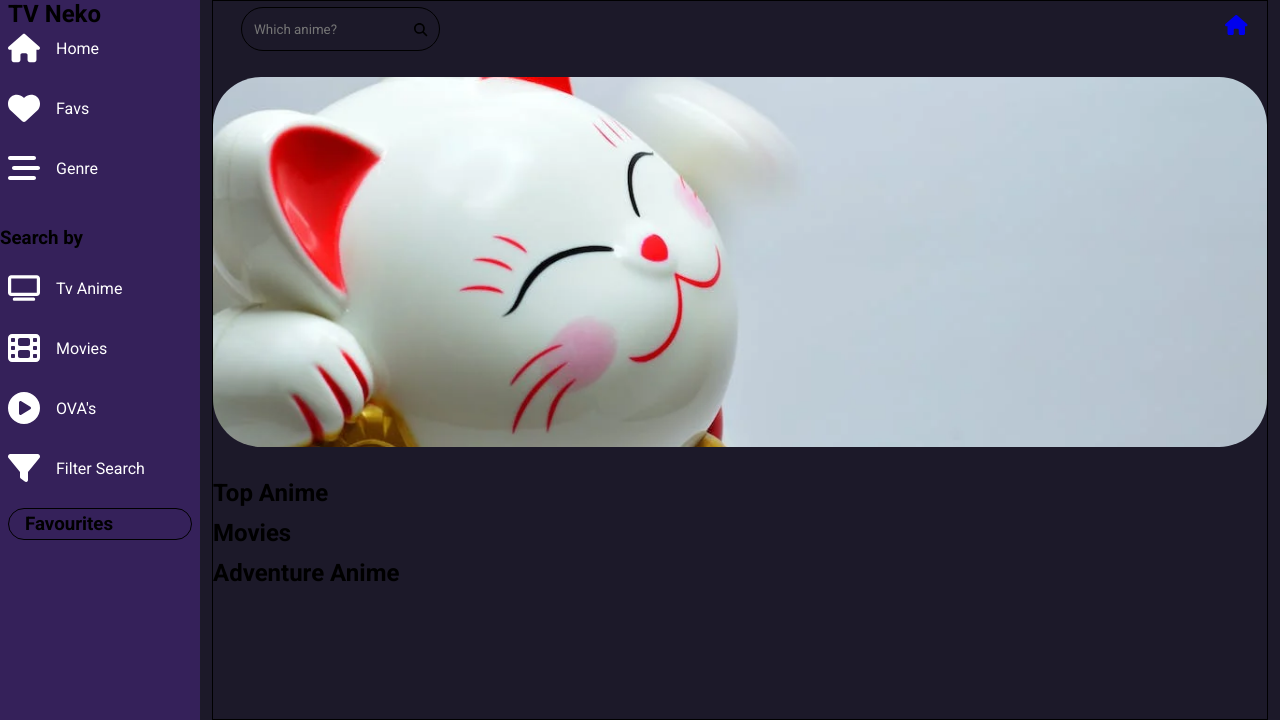
Repository: OwenMargiela/AnimeDatabse
Page: /
These files come from the project's save history. The page is drawn as it stood at one moment and after the next save; the edit follows.
The browser window is 1280 px wide. The pictures show the whole page.
The page's requests for data from a server got no answer. The project was rebuilt for these pictures with package versions that can differ from the ones it lists, and the page was loaded fresh each time. No one was signed in, and anything a server would have sent is missing. Also part of the build but not shown: src/Components/AnimeContainer.jsx, src/Pages/AnimePage/AnimePage.jsx, src/Components/Score.css, src/Components/Score.jsx, src/Components/AnimeDescription.jsx, src/Pages/AnimePage/AnimeInfo.jsx, src/Pages/AnimePage/AnimeGenre.jsx, src/Pages/FavouritesPage/Favourites.css and 7 more.

Above is the page before, as saved 2023-01-26 16:00:57.

### public/index.html
<!DOCTYPE html>
<html lang="en">
  <head>
    <meta charset="utf-8" />
    <link rel="icon" href="%PUBLIC_URL%/favicon.ico" />
    <meta name="viewport" content="width=device-width, initial-scale=1" />
    <meta name="theme-color" content="#000000" />
    <meta
      name="description"
      content="Web site created using create-react-app"
    />
    <link rel="apple-touch-icon" href="%PUBLIC_URL%/logo192.png" />
    <!--
      manifest.json provides metadata used when your web app is installed on a
      user's mobile device or desktop. See https://developers.google.com/web/fundamentals/web-app-manifest/
    -->
    <link rel="manifest" href="%PUBLIC_URL%/manifest.json" />
    <!--
      Notice the use of %PUBLIC_URL% in the tags above.
      It will be replaced with the URL of the `public` folder during the build.
      Only files inside the `public` folder can be referenced from the HTML.

      Unlike "/favicon.ico" or "favicon.ico", "%PUBLIC_URL%/favicon.ico" will
      work correctly both with client-side routing and a non-root public URL.
      Learn how to configure a non-root public URL by running `npm run build`.
    -->
    <title>TV Neko</title>
  </head>
  <body>
    <noscript>You need to enable JavaScript to run this app.</noscript>
    <div id="root"></div>
    <!--
      This HTML file is a template.
      If you open it directly in the browser, you will see an empty page.

      You can add webfonts, meta tags, or analytics to this file.
      The build step will place the bundled scripts into the <body> tag.

      To begin the development, run `npm start` or `yarn start`.
      To create a production bundle, use `npm run build` or `yarn build`.
    -->
  </body>
</html>

### src/index.js
import React from 'react';
import ReactDOM from 'react-dom/client';
import './index.css';
import App from './App';
import reportWebVitals from './reportWebVitals';
import { library } from '@fortawesome/fontawesome-svg-core';
import { faSearch,faStarHalfAlt,faStar,faHouse,faTv,faFilm,faBarsStaggered, faCirclePlay,faHeart,faCalendarDays,faX,faFilter,faArrowRight,faBars} from '@fortawesome/free-solid-svg-icons';

library.add(faSearch,faStarHalfAlt,faStar,faHouse,faTv,faFilm,faBarsStaggered, faCirclePlay,faHeart,faCalendarDays,faX,faFilter,faArrowRight,faBars)
const root = ReactDOM.createRoot(document.getElementById('root'));
root.render(
    <App />
);

// If you want to start measuring performance in your app, pass a function
// to log results (for example: reportWebVitals(console.log))
// or send to an analytics endpoint. Learn more: https://bit.ly/CRA-vitals
reportWebVitals();

### src/index.css
@import url('https://fonts.googleapis.com/css2?family=Roboto:ital,wght@0,100;0,400;0,500;0,700;0,900;1,100;1,700&display=swap');
*{
  margin: 0;
  padding: 0;
  box-sizing: border-box;
  font-family: 'Roboto',sans-serif;
}

### src/App.js
import { BrowserRouter as Router, Routes, Route, Link } from "react-router-dom";
import "./App.css";

import Home from "./Pages/HomePage/Home";
import AnimePage from "./Pages/AnimePage/AnimePage.jsx";
import AnimeInfo from "./Pages/AnimePage/AnimeInfo";
import { useEffect, useState } from "react";
import axios from "axios";
import { FontAwesomeIcon } from "@fortawesome/react-fontawesome";
import AnimeGenre from "./Pages/AnimePage/AnimeGenre";
import Favourites from "./Pages/FavouritesPage/Favourites";
import Sidebar from "./Components/Sidebar";
import Movies from "./Pages/AnimePage/Movies";

import OVA from "./Pages/AnimePage/OVA";
import TvAnime from "./Pages/AnimePage/TvAnime";
import FilterSearch from "./Pages/AnimePage/FilterSearch";

function App() {
  const [animes, setAnimes] = useState();
  const [valueSearch, setValueSearch] = useState();
  const [favourites, setFavourites] = useState([]);
  const [genres, setGenre] = useState([]);

  function sendToFavourites(info) {
    setFavourites([...favourites, info]);
  }

  function removeFromFavourites(anime) {
    setFavourites(
      favourites.filter((favourite) => favourite.mal_id !== anime.mal_id)
    );
    console.log(favourites);
  }

  async function fetchAnime(valueSearch) {
    if (valueSearch) {
      const { data } = await axios.get(
        `https://api.jikan.moe/v4/anime?q=${valueSearch}&sfw`
      );
      setAnimes(data.data);
    }
  }

  useEffect(()=>{
    async function getGenre(){
      const {data} = await axios.get(`https://api.jikan.moe/v4/genres/anime`)
      setGenre(data.data)
    }
    getGenre()
    setTimeout(()=>{
      console.log(genres)
    },300)
  },[])

  console.log(animes)

  function fetchBySearch() {
    fetchAnime(valueSearch);
  }
  return (
    <Router>
      <div className="App">
        <div className="sidebar">
          <Sidebar genres={genres} favourites={favourites}></Sidebar>
        </div>
        <div className="main">
          <nav className="nav">
            <div className="bars__icon" >
          <FontAwesomeIcon icon="fa-solid fa-bars" />

            </div>
            <form>
              <div className="search__container">
                <input
                  placeholder="Which anime?"
                  onKey
                  type="text"
                  value={valueSearch}
                  onChange={(event) => setValueSearch(event.target.value)}
                />
                <Link to="/anime">
                  <button type="submit" onClick={() => fetchBySearch()}>
                    <FontAwesomeIcon icon="fa-search"></FontAwesomeIcon>
                  </button>
                </Link>
              </div>
            </form>
            <div className="home__icon">
              <Link to="/">
                <FontAwesomeIcon icon="fa-house"></FontAwesomeIcon>
              </Link>
            </div>
          </nav>

          <Routes>
            <Route path="/" element={<Home></Home>}></Route>
            <Route
              path="/favourites"
              element={
                <Favourites
                  removeFromFavourites={removeFromFavourites}
                  favourites={favourites}
                ></Favourites>
              }
            ></Route>
            <Route
              path="/anime"
              element={<AnimePage animes={animes}></AnimePage>}
            ></Route>
            <Route
              path=":id/:id"
              element={
                <AnimeInfo
                  favourites={favourites}
                  sendToFavourites={sendToFavourites}
                  animes={animes}
                ></AnimeInfo>
              }
            ></Route>
            <Route path="/:id" element={<AnimeGenre></AnimeGenre>}></Route>
            <Route path="/TV" element={<TvAnime></TvAnime>}></Route>
            <Route path="/Movies" element={<Movies></Movies>}></Route>
            <Route path="/Ova's" element={<OVA></OVA>}></Route>
            <Route path="/filter" element={<FilterSearch genres={genres} ></FilterSearch>}></Route>
          </Routes>
        </div>
      </div>
    </Router>
  );
}

export default App;

### src/App.css
::-webkit-scrollbar {
  display: none;
}

.App {
  display: flex;
  justify-content: space-between;
  height: 100vh;
  min-height: 500px;
  width: 100%;
  background-color: rgb(28, 25, 41);
  /* overflow-y: hidden; */
}
a{
  text-decoration: none;
}

li{
  list-style-type: none;
  color: white;
}

nav {
  position: sticky;
  top: 0;
  display: flex;
  align-items: center;
  justify-content: space-between;
  margin-bottom: 1.75rem;
  padding: 0.75em 1.25em;
  width: 100%;
  height: 3em;
}


.main {
  margin: 0 0.75em ;
  border: 1px solid black;
  overflow-y: scroll;
  width: 100%;
}


.sidebar {
  max-width: 250px;
  min-width: 200px;
  border: 1px solid black;
  background-color: rgb(28, 14, 54);
}

.landinImageContainer {
  width: 100%;
  height: 370px;
  margin: 0 auto;
}

.landinImageContainer img {
  height: 100%;
  border-radius: 3rem;
  width: 100%;
  object-fit: cover;
}

.home__icon,
.bars__icon {
  font-size: 1.25rem;
}

.bars__icon {
  display: none;
}

.home__icon {
  margin-left: 0.8rem;
}

.search__container {
  display: flex;
  align-items: center;
  justify-content: center;
  width: 100%;
  margin-top: 0.5em;
  margin-left: 0.5em;
  height: 2.75em;
  padding: 0 0.75em;
  border-radius: 2rem;
  border: 1px solid black;
}

.search__container input {
  width: 100%;
  border: none;
  outline: none;
  background: none;
}

.search__container button {
  background-color: transparent;
  border: none;
  color: none;
  cursor: pointer;
}

.anime__wrapper--container{
  display: flex;
  flex-direction: column;
  margin-bottom: -100px;
  justify-content: space-between;
}
.anime__wrapper--container--genre{
  display: flex;
  flex-wrap: wrap;
  margin-bottom: -100px;
  justify-content: space-evenly;
}


.anime__container{
  display: flex;
  flex-direction: column;
  align-items: center;
  flex-grow: 1;
  justify-content: space-between;
  margin-right: 0.5em;

}

.anime__image{
  border: 1px solid black;
  border-radius: 1em;
  min-width: 14rem;
  margin-bottom: 1rem;

}

.pagination{
  margin-top: 6rem;
  margin-bottom: 6rem;
}


/* .anime__image{
  border: 1px solid black;
  height: 100%;
  width: 100%;
  object-fit: cover;
  flex-grow: 1;
  margin-right: 1.25em;
  margin-bottom: 1.25em;
} */
.mainBody{
  margin: 2em 0;
  /* border: 1px solid black; */
}

@media screen and (max-width: 700px) {
  .sidebar {
    display: none;
  }
  .bars__icon {
    display: block;
  }
}
@media screen and (min-width: 480px) {
  .anime__wrapper{
    display: flex;
    flex-wrap: wrap;
    justify-content: space-between;
    margin-bottom: 7rem;

  }
  .anime__image{
    max-height: 300px;
  }
}
@media screen and (max-width: 480px) {
  .anime__wrapper{
    display: flex;
    flex-direction: column;
    align-items: center;

  }
  .anime__image{
    height: 400px;
  }
  nav{
    justify-content: center;
  }
}

### src/Pages/HomePage/Home.jsx
import React, { useEffect, useState } from "react";
import neko from "./assets/neko.webp";
import axios from "axios";
import AnimeContainer from "../../Components/AnimeContainer";
import { Link } from "react-router-dom";
function Home() {
  const [top, setTop] = useState();
  const [movies, setMovies] = useState();
  const [adventure, setAdventure] = useState();

  useEffect(() => {
    async function getFrontPage() {
      const { data: top } = await axios.get(
        "https://api.jikan.moe/v4/top/anime"
      );
      setTop(top.data.slice(0, 12));

      const { data: movie } = await axios.get(
        "https://api.jikan.moe/v4/anime?type=movie"
      );
      setMovies(movie.data.slice(0, 6));

      const { data: adventure } = await axios.get(
        "https://api.jikan.moe/v4/anime?genres=2&order_by=score&sort=desc"
      );
      setAdventure(adventure.data.slice(0, 6));
    }
    getFrontPage();
  }, []);

  return (
    <div className="Home">
      <div className="landinImageContainer">
        <img src={neko} alt="" />
      </div>
      <div className="mainBody">
        <div className="anime__wrapper--container">
          <h2>Top Anime</h2>
          <div className="anime__wrapper">
            {top?.slice(0, 6).map((anime) => (
              <Link to={`anime/${anime.mal_id}`}>
                <AnimeContainer anime={anime}></AnimeContainer>
              </Link>
            ))}
          </div>
        </div>

        <div className="anime__wrapper--container">
          <h2>Movies</h2>
          <div className="anime__wrapper">
            {movies?.map((anime) => (
              <Link to={`anime/${anime.mal_id}`}>
                <AnimeContainer anime={anime}></AnimeContainer>
              </Link>
            ))}
          </div>
        </div>

        <div className="anime__wrapper--container">
          <h2>Adventure Anime</h2>
          <div className="anime__wrapper">
            {adventure?.map((anime) => (
              <Link to={`anime/${anime.mal_id}`}>
                <AnimeContainer anime={anime}></AnimeContainer>
              </Link>
            ))}
          </div>
        </div>
      </div>
    </div>
  );
}

export default Home;

### src/Components/Sidebar.jsx
import { FontAwesomeIcon } from "@fortawesome/react-fontawesome";
import React from "react";
import "./Sidebar.css";
import { Link } from "react-router-dom";
import { useState } from "react";

function Sidebar({ favourites, genres }) {
  const [genreToggle, setGenreToggle] = useState(false);
  function toggleGenre() {
    genreToggle === false ? setGenreToggle(true) : setGenreToggle(false);
  }

  return (
    <>
      <div className="sidebar">
        <div className="sidebar__head">
          <h2>TV Neko</h2>
        </div>
        <ul className="sidebar__list">
          <Link to="/">
            <li className="sidebar__list--item">
              <FontAwesomeIcon
                className="sidebar__list--item-icon"
                icon="fa-solid fa-house"
              ></FontAwesomeIcon>
              <p>Home</p>
            </li>
          </Link>

          <Link to="/favourites">
            <li className="sidebar__list--item">
              <FontAwesomeIcon
                className="sidebar__list--item-icon"
                icon="fa-solid fa-heart"
              ></FontAwesomeIcon>
              {favourites.length > 0 && <span>{favourites.length}</span>}
              <p>Favs</p>
            </li>
          </Link>
          <li
            onClick={() => toggleGenre()}
            className="sidebar__list--item sidebar__list--item-genre"
          >
            <div className="icon__para">
              <FontAwesomeIcon
                className="sidebar__list--item-icon"
                icon="fa-solid fa-bars-staggered"
              />
              <p>Genre</p>
            </div>
            <li className="genres">
              <div className={`${genreToggle} || Sidebar__genres`}>
                {genres
                  ?.filter(
                    (genres) =>
                      genres.mal_id !== 28 &&
                      genres.mal_id !== 26 &&
                      genres.mal_id !== 9
                  )
                  .slice(0, 8)
                  .map((genre) => (
                    <Link to={`/${genre.mal_id}`}>
                      <div className="sidebar__genre">
                        <p>{genre.name}</p>
                      </div>
                    </Link>
                  ))}
                  <Link to="/filter" >
                <p className="view__all-btn">
                  view all{" "}
                  <FontAwesomeIcon icon="fa-solid fa-arrow-right"></FontAwesomeIcon>
                </p>
                  </Link>
              </div>
            </li>
          </li>

          <br />
          <h3>
            Search by
          </h3>
          <br />
          <Link to="/TV">
            <li className="sidebar__list--item">
              <FontAwesomeIcon
                className="sidebar__list--item-icon"
                icon="fa-solid fa-tv"
              />
              <p>Tv Anime</p>
            </li>
          </Link>
          <Link to="/Movies">
            <li className="sidebar__list--item">
              <FontAwesomeIcon
                className="sidebar__list--item-icon"
                icon="fa-solid fa-film"
              />
              <p>Movies</p>
            </li>
          </Link>
          <Link to="/Ova's">
            <li className="sidebar__list--item">
              <FontAwesomeIcon
                className="sidebar__list--item-icon"
                icon="fa-solid fa-circle-play"
              />
              <p>OVA's</p>
            </li>
          </Link>
          <Link to="/filter">
            <li className="sidebar__list--item">
              <FontAwesomeIcon
                className="sidebar__list--item-icon"
                icon="fa-solid fa-filter"
              />
              <p>Filter Search</p>
            </li>
          </Link>
        </ul>

        <div className="Favourite">
          <h3>Favourites</h3>
          <ul className="favourites__list">
            {favourites?.slice(0, 5).map((anime) => (
              <Link to={`/favourites`}>
                <li className="favourites__list--item" key={anime.mal_id}>
                  {anime.title}
                </li>
              </Link>
            ))}
          </ul>
        </div>
      </div>
    </>
  );
}

export default Sidebar;

### src/Components/Sidebar.css
li{
    list-style-type: none;
}

.sidebar{
    border: none;
    background-color: rgb(53, 33, 90);
    padding-bottom: 200px;
    overflow-y: hidden;
}
.sidebar__head{
    display: flex;
    flex-direction: column;
    margin-left: 8px;
}

.sidebar__head--img{
    width: 50%;
    object-fit: cover;
    border-radius: 50%;
}



.sidebar__list--item,
.favourites__list--item{
    display: flex;
    align-items: center;
    margin-bottom: 20px;
    width: 90%;
    padding: 4px 8px;
    border-radius: 1rem;
    transition: all 300ms ease;
    cursor: pointer;

}
.sidebar__list--item-icon{
    height: 32px;
    width: 32px;
}

.sidebar__list--item p{
    margin-left: 16px;

}
.sidebar__list--item span{
    display: flex;
    justify-content: center;
    align-items: center;
    width: 16px;
    height: 16px;
    transform: translate(-10px,10px);
    background-color: rgb(231, 231, 231);
    color: rgb(71, 71, 71) ;
    box-shadow: 0px 0px 15px 1px rgba(235, 235, 235, 0.45);
    border-radius: 50%;

}


.sidebar__list--item:hover,
.favourites__list--item:hover{
    transform: translateX(5px);
    background-color: rgb(231, 231, 231);
    color: rgb(71, 71, 71) ;
    box-shadow: 0px 0px 15px 1px rgba(235, 235, 235, 0.45);
}
.Sidebar__genres{
    display: flex;
    flex-direction: column;
    flex-wrap: wrap;
    /* visibility: hidden; */
    height: 4px;
    transition: all 200ms ease;

}
.true{
    visibility: visible;
    height: 250px;
}
.true .sidebar__genre{
    display: flex;
    align-items: center;
    padding: 2px 6px;
    border: 1px solid black;
    border-radius: 20px;
    transition: all 300ms;

}
.true .sidebar__genre:hover{
    transform: translateX(15px);
}
.true .view__all-btn {
    display: block;
}
.view__all-btn{
    display: none;
    transform: translate(-16px,10px)
}
.sidebar__genre{
    display: none;
    width: 150px;
    font-size: 12px;
    margin-top: 4px;
}
.sidebar__list--item-genre{
    display: flex;
    flex-direction: column;
    align-items: flex-start;
    padding-bottom: 0px;
}
.icon__para{
    display: flex;
    align-items: center;
}

.Favourite{
    margin-left: 8px;
    margin-right: 8px;
    padding: 4px 16px;
    border: 1px solid black;
    border-radius: 16px;
    /* min-height: 250px;
    height: 250px; */
}
.favourites__list--item{
    margin-bottom: 8px;
    padding: 3px 12px;
}

Loaded but not shown: src/reportWebVitals.js (common file)

After the next save:
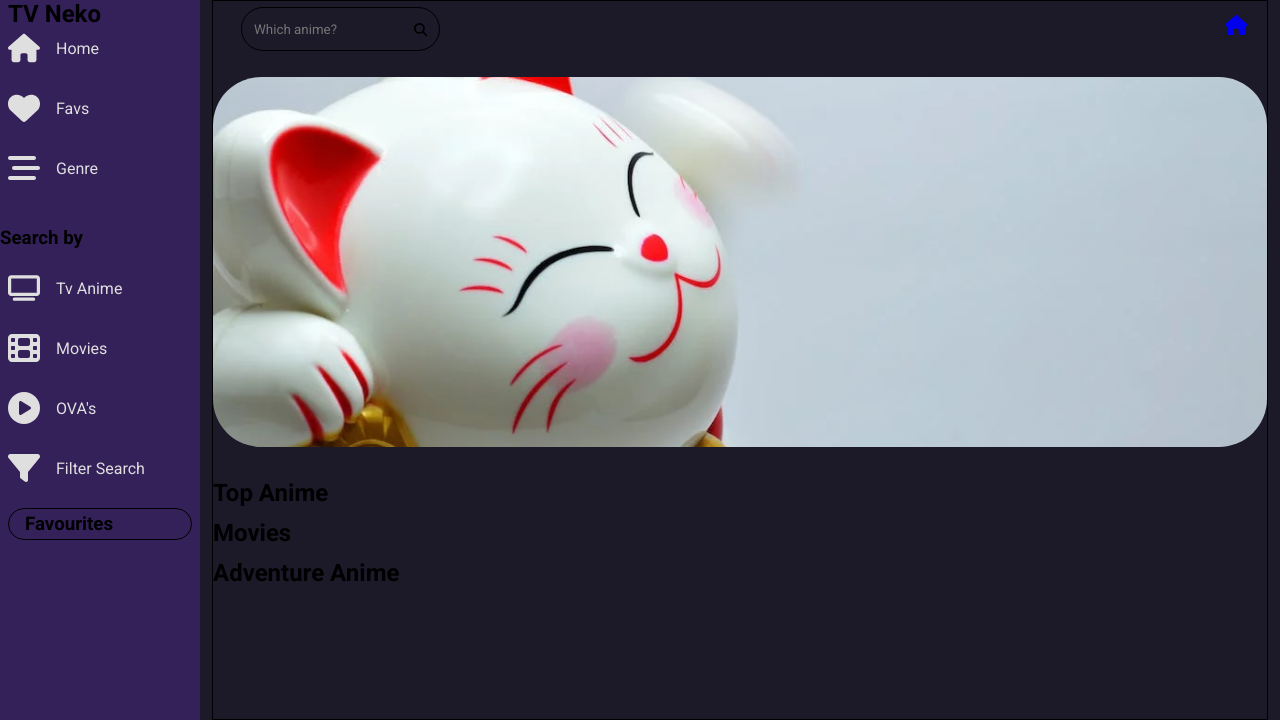
Saved 10 s later.
--- a/src/App.css
+++ b/src/App.css
@@ -17,7 +17,7 @@ a{
 
 li{
   list-style-type: none;
-  color: white;
+  color: rgb(223, 223, 223);
 }
 
 nav {
